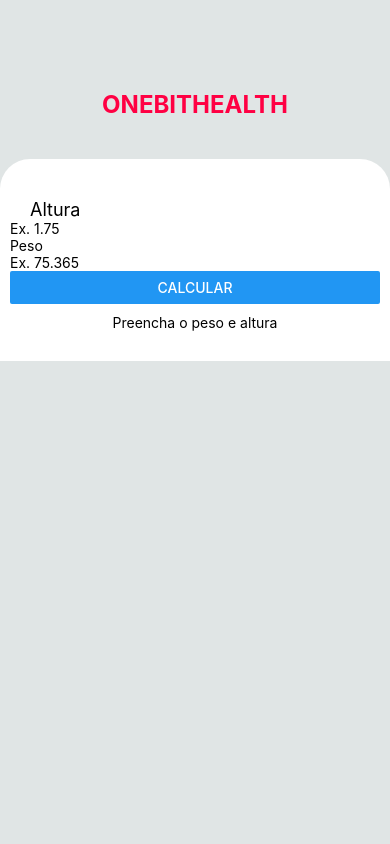
Repository: GustavoMSevero/onebithealth
Screen: /
The author's editor kept a copy of each file at every save. The screen is drawn from the files as they stood at one save, then again after the next save.
The app was drawn by React Native's web renderer in a window 390 px wide. The project was rebuilt for these pictures with package versions that can differ from the ones it lists, and the page was loaded fresh each time.

Above is the screen before, as saved 2024-09-06 16:28:59.

After the next save:
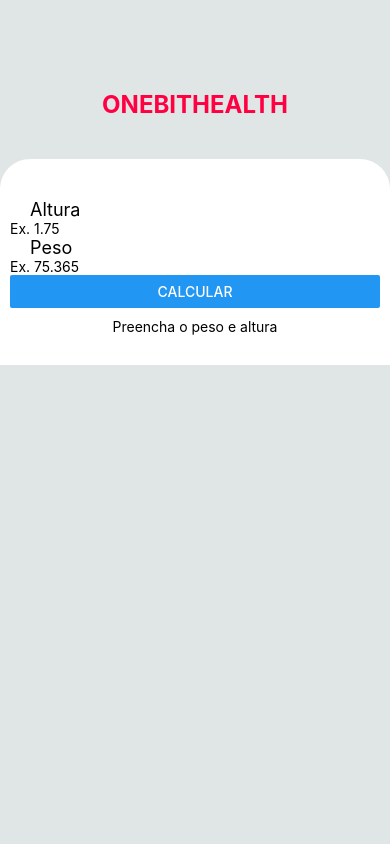
Saved 14 s later.
--- a/src/components/Form/index.js
+++ b/src/components/Form/index.js
@@ -40,7 +40,7 @@
                     placeholder="Ex. 1.75"
                     keyboardType="numeric"
                 />
-                <Text>Peso</Text>
+                <Text style={styles.formLabel}>Peso</Text>
                 <TextInput
                     onChange={setWeigth}
                     value={weight}
